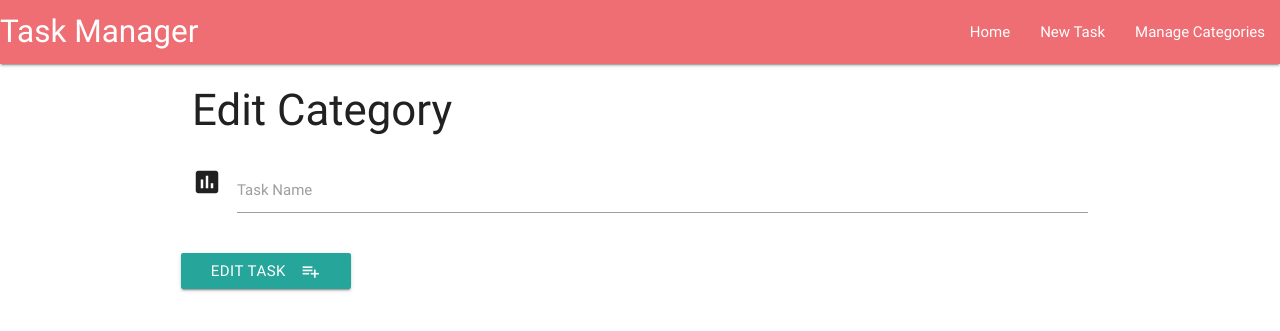
Repository: squiremaguire69/task_manager_mongodb
Page: templates/editcategory.html
The author's editor kept a record of every edit. The page is drawn from the files as they stood at one moment, then again after the next edit.
The browser window is 1280 px wide. The pictures show the whole page.
Some web libraries are served in a nearby version. The template is drawn by Flask 3. The application's start-up code is not run. Other server files are loaded and not shown. The template is opened directly, without the code that normally fills it, so the values that code supplies are empty.

Above is the page before.
Console error: TypeError: Cannot read properties of null (reading 'addEventListener')

### templates/editcategory.html
{% extends 'base.html' %}
{% block content %}

<h3>Edit Category</h3>
 <div class="row">
   <form action="{{ url_for('update_task', task_id=task._id) }}" method="POST" class="col s12">

      <div class="row">
        <div class="input-field col s12">
          <i class="material-icons prefix">poll</i>
          <input id="category_name" name="category_name" type="text" class="validate" value="{{category.category_name}}" >
          <label for="icon_prefix">Task Name</label>
        </div>
      </div>

      <div class="row">
        <button class="btn waves-effect waves-light" type="submit" name="action">Edit Task
            <i class="material-icons right">playlist_add</i>
        </button>
      </div>
    </form>
  </div>

<script src="https://cdnjs.cloudflare.com/ajax/libs/jquery/3.2.1/jquery.min.js"></script>
<script type="text/javascript">
  $(document).ready(function(){

  due_date = Date.parse('{{task.due_date}}');
  $('#due_date').pickadate('picker').set('select', due_date, {format: 'dd/mm/yyyy'}).trigger('change')
  });
</script>


{% endblock %}

### templates/base.html
<!DOCTYPE html>
<html lang="en">
<head>
    <link href="https://fonts.googleapis.com/icon?family=Material+Icons" rel="stylesheet">
    <link rel="stylesheet"  href="https://cdnjs.cloudflare.com/ajax/libs/materialize/0.100.2/css/materialize.min.css">
    <link rel="stylesheet" href="{{url_for('static', filename='css/style.css')}}" type="text/css" />
    <title>Task Manager</title>
</head>
<body>
    <header>
        <nav>
            <div class="nav-wrapper">
                <a href="{{url_for('get_tasks')}}" class="brand-logo">Task Manager</a>
                <a href="#" data-activates="mobile-demo" class="button-collapse"><i class="material-icons">menu</i></a>
                <ul id="nav-mobile" class="right hide-on-med-and-down">
                    <li><a href="{{url_for('get_tasks')}}">Home</a></li>
                    <li><a href="{{url_for('add_task')}}">New Task</a></li>
                    <li><a href="{{url_for('get_categories')}}">Manage Categories</a></li>
                </ul>
                <ul class="side-nav" id="mobile-demo">
                    <li><a href="{{url_for('get_tasks')}}">Home</a></li>
                    <li><a href="{{url_for('add_task')}}">New Task</a></li>
                    <li><a href="{{url_for('get_categories')}}">Manage Categories</a></li>
                </ul>
            </div>
        </nav>
    </header>

    <div class="container">
    {% block content %}
    {% endblock %}
    </div>

    <script src="https://cdnjs.cloudflare.com/ajax/libs/jquery/3.2.1/jquery.min.js"></script>
    <script src="https://cdnjs.cloudflare.com/ajax/libs/materialize/0.100.2/js/materialize.min.js"></script>
    <script type="text/javascript">
        $(document).ready(function() {
            $('.collapsible').collapsible();
            $('select').material_select();
        });

         $('.datepicker').pickadate({
            selectMonths: true, // Creates a dropdown to control month
            selectYears: 15, // Creates a dropdown of 15 years to control year,
            today: 'Today',
            clear: 'Clear',
            close: 'Ok',
            closeOnSelect: false // Close upon selecting a date,
        });

        document.getElementById("matfix").addEventListener("click", function(e) {
            e.stopPropagation();
        });
    </script>
</body>
</html>

### static/css/style.css

.btn_small {
    height: 24px;
    width: 60px;
    line-height: 24px;
    margin: 5px 5px;
    padding: 0 0.5em;
}

.task_header {
    margin-top: 5px;

}

After the next edit:
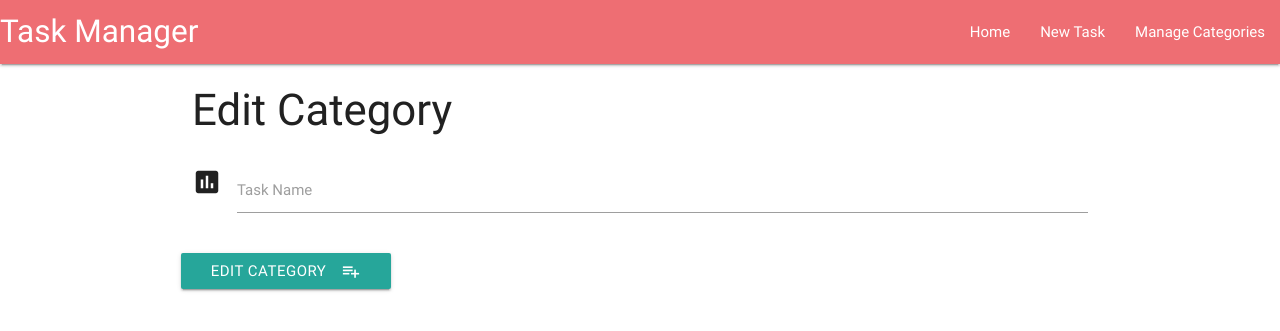
The edit:
--- a/templates/editcategory.html
+++ b/templates/editcategory.html
@@ -14,7 +14,7 @@
       </div>
 
       <div class="row">
-        <button class="btn waves-effect waves-light" type="submit" name="action">Edit Task
+        <button class="btn waves-effect waves-light" type="submit" name="action">Edit Category
             <i class="material-icons right">playlist_add</i>
         </button>
       </div>
